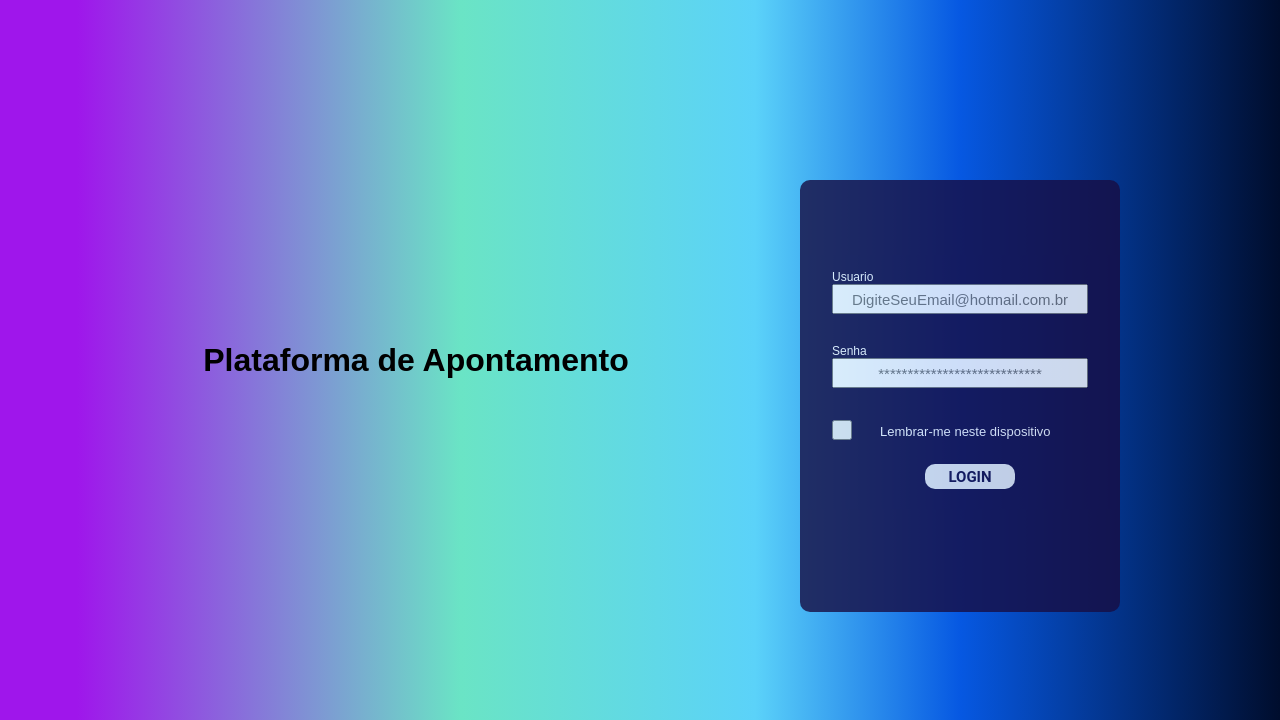
Repository: KevynMarques/Estudos-Reactjs-Firebase
Page: /
These files come from the project's save history. The page is drawn as it stood at one moment and after the next save; the edit follows.
The browser window is 1280 px wide. The pictures show the whole page.
The page's requests for data from a server got no answer. The project was rebuilt for these pictures with package versions that can differ from the ones it lists, and the page was loaded fresh each time. No one was signed in, and anything a server would have sent is missing. Also part of the build but not shown: src/Pages/Page2.jsx.

Above is the page before, as saved 2022-08-23 14:53:10.

After the next save:
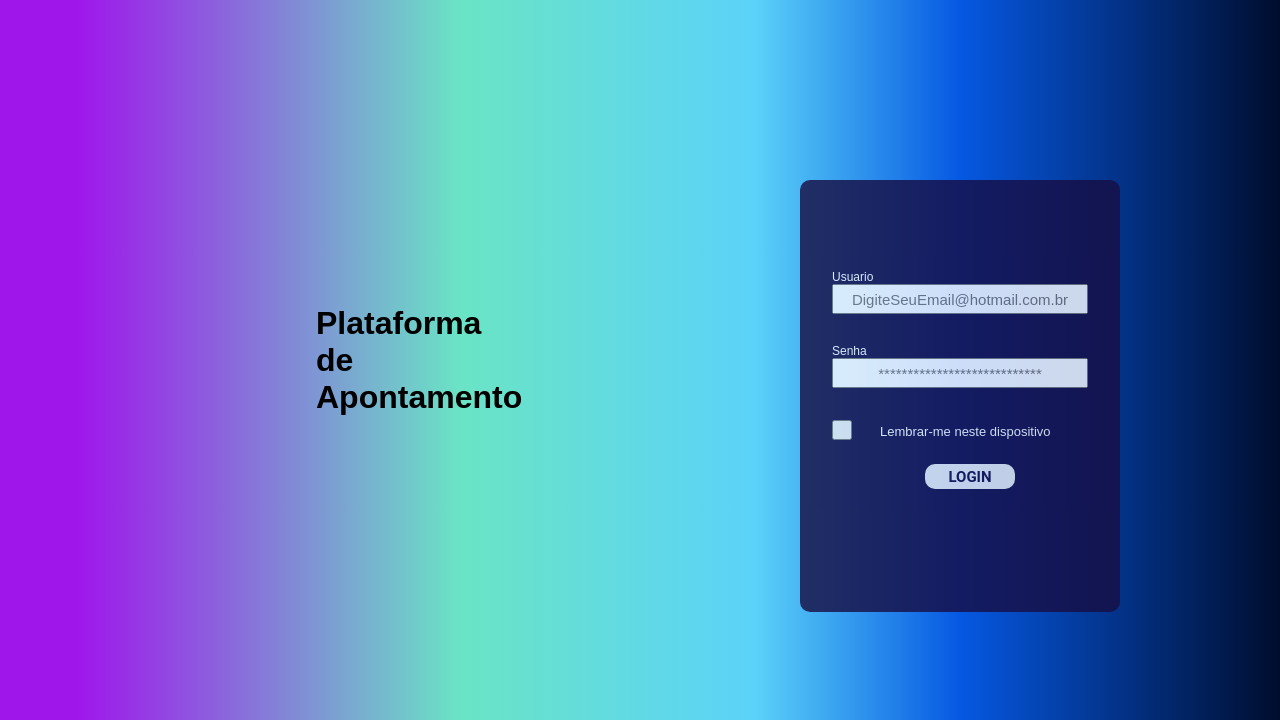
Saved 4 s later.
--- a/src/Components/Login/style.jsx
+++ b/src/Components/Login/style.jsx
@@ -14,7 +14,7 @@ export const TextTittle = styled.h1`
 position: absolute;
 margin-left: -35vw;
 font-family: Arial, Helvetica, sans-serif;
-max
+max-width: 200px;
 
 `;
 
